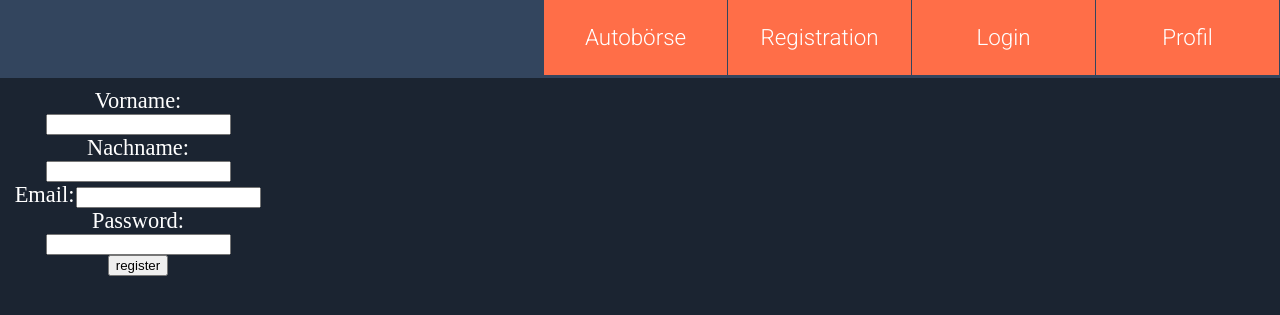
Repository: Turkelten/CarAdminstration
Page: http://localhost/Autobörse/registration.html
The author's editor kept a copy of each file at every save. The page is drawn from the files as they stood at one save, then again after the next save.
The browser window is 1280 px wide. The pictures show the whole page.
The page is served by Tomcat 9.

Above is the page before, as saved 2020-07-18 18:32:52.

After the next save:
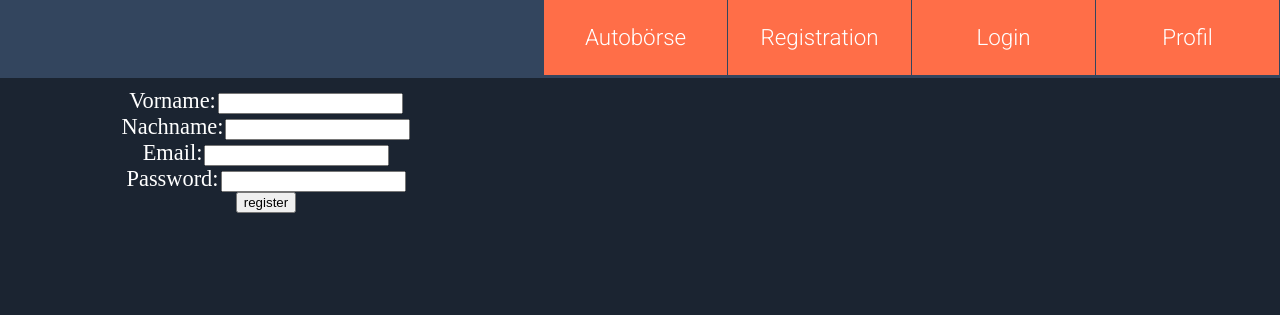
Saved 23 s later.
--- a/Autobörse/WebContent/style.css
+++ b/Autobörse/WebContent/style.css
@@ -217,8 +217,8 @@ header nav#mobile ul li:hover > ul {
 	text-align: center;
 	margin-bottom: auto;
 	padding: 10px;
-	width: 20%;
-    height: 20%;
+	width: 40%;
+    height: 40%;
     top: 10rem;
 }
 
